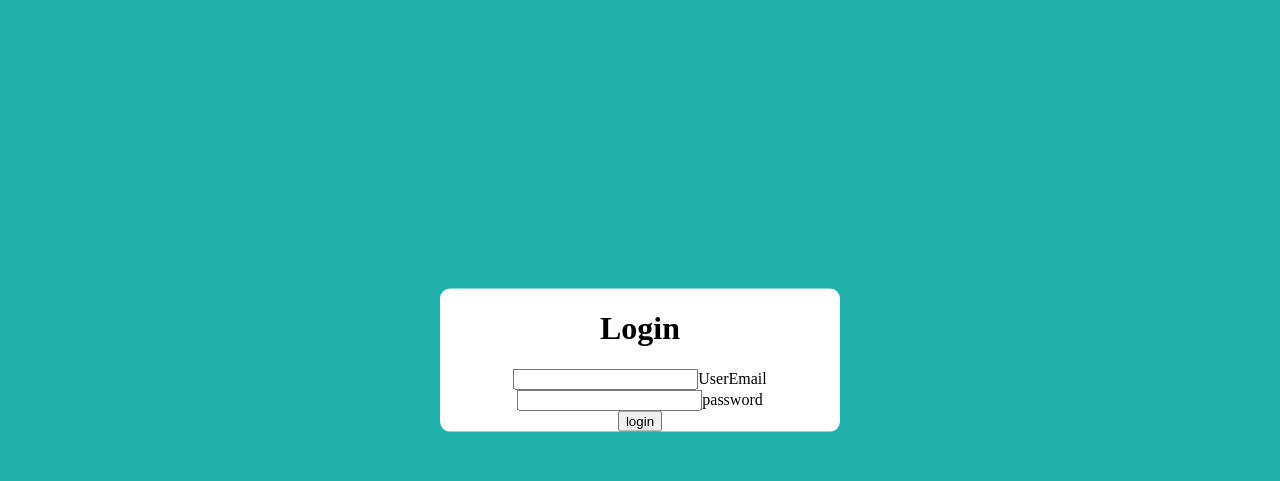
Repository: Aref19/eshop_frontEnd
Page: /
These files come from the project's save history. The page is drawn as it stood at one moment and after a run of saves; the edit follows.
The browser window is 1280 px wide. The pictures show the whole page.
The project was rebuilt for these pictures with package versions that can differ from the ones it lists, and the page was loaded fresh each time.

Above is the page before, as saved 2023-02-23 20:51:25.

### src/App.js
import './App.css';
import Login from './component/Login'

function App() {
  return (
    <div className="App">
     <Login/>
    </div>
  );
}

export default App;

### src/component/Login.js
import "../css/Login.css"


function Login() {
    return (
        <>
            <div className="center">
                <h1>Login</h1>
                <form method="post">
                    <div className="txt_field">
                        <input type={Text} required></input>
                        <label>UserEmail</label>

                    </div>
                    <div className="txt_field">
                        <input type={"password"} required></input>
                        <label>password</label>

                    </div>
                    <input type={"submit"} value="login"></input>

                </form>

            </div>

        </>
    )
}

export default Login;

### src/css/Login.css
body{
    margin: 0;
    padding: 0;
    font-family: montserrat ;
    background-color: lightseagreen;
    height: 100vh;
    overflow: hidden;

}

.center
{
    position: absolute;
    top: 50%;
    left: 50%;
    transform: translate(-50%,-50%);
    width: 400px;
    background-color: white;
    border-radius: 10px;


}

.center h1{
    text-align: center;
    pa
    border-bottom: 1px solid silver;
}

Loaded but not shown: public/index.html (common file); src/index.js (common file); src/index.css (common file); src/reportWebVitals.js (common file); src/App.css (common file)

After the next 2 saves:
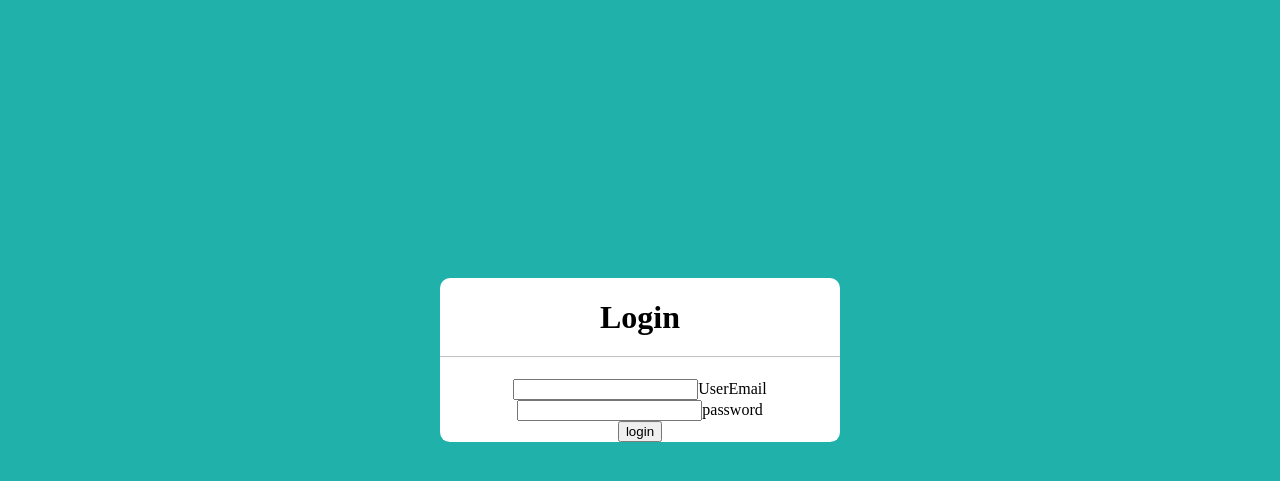
The 2 saves are shown as one change because they came seconds apart.
The last was saved 6 s later.
--- a/src/css/Login.css
+++ b/src/css/Login.css
@@ -23,6 +23,6 @@ body{
 
 .center h1{
     text-align: center;
-    pa
+    padding: 0 0 20px 0;
     border-bottom: 1px solid silver;
 }
